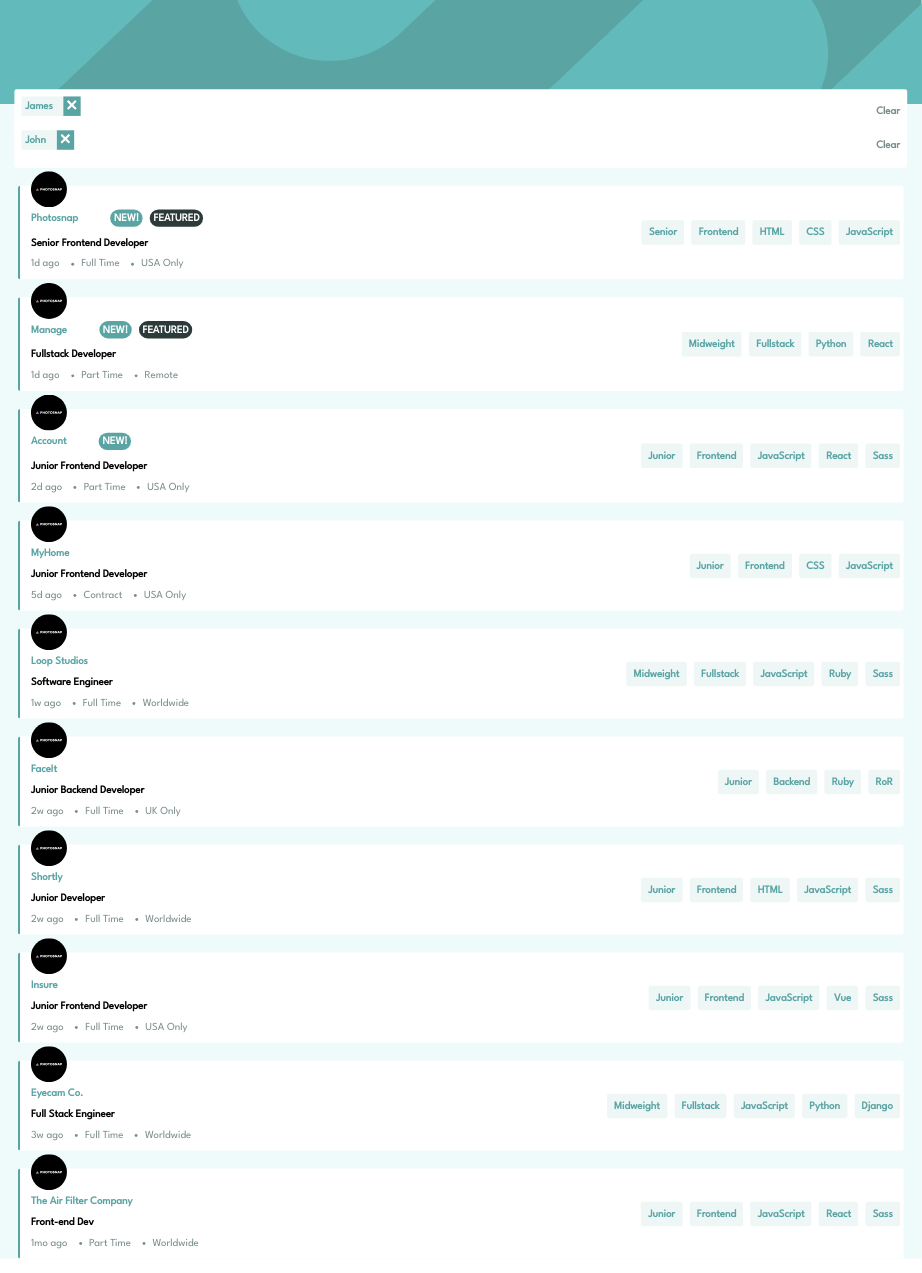
Repository: DevLaukey/job-listing
Page: /
These files come from the project's save history. The page is drawn as it stood at one moment and after the next save; the edit follows.
The browser window is 1280 px wide. The pictures show the whole page, at 72% of full size.
Some web fonts or font styles are not loaded; a fallback is used. The project was rebuilt for these pictures with package versions that can differ from the ones it lists, and the page was loaded fresh each time.

Above is the page before, as saved 2022-06-03 11:59:08.

After the next save:
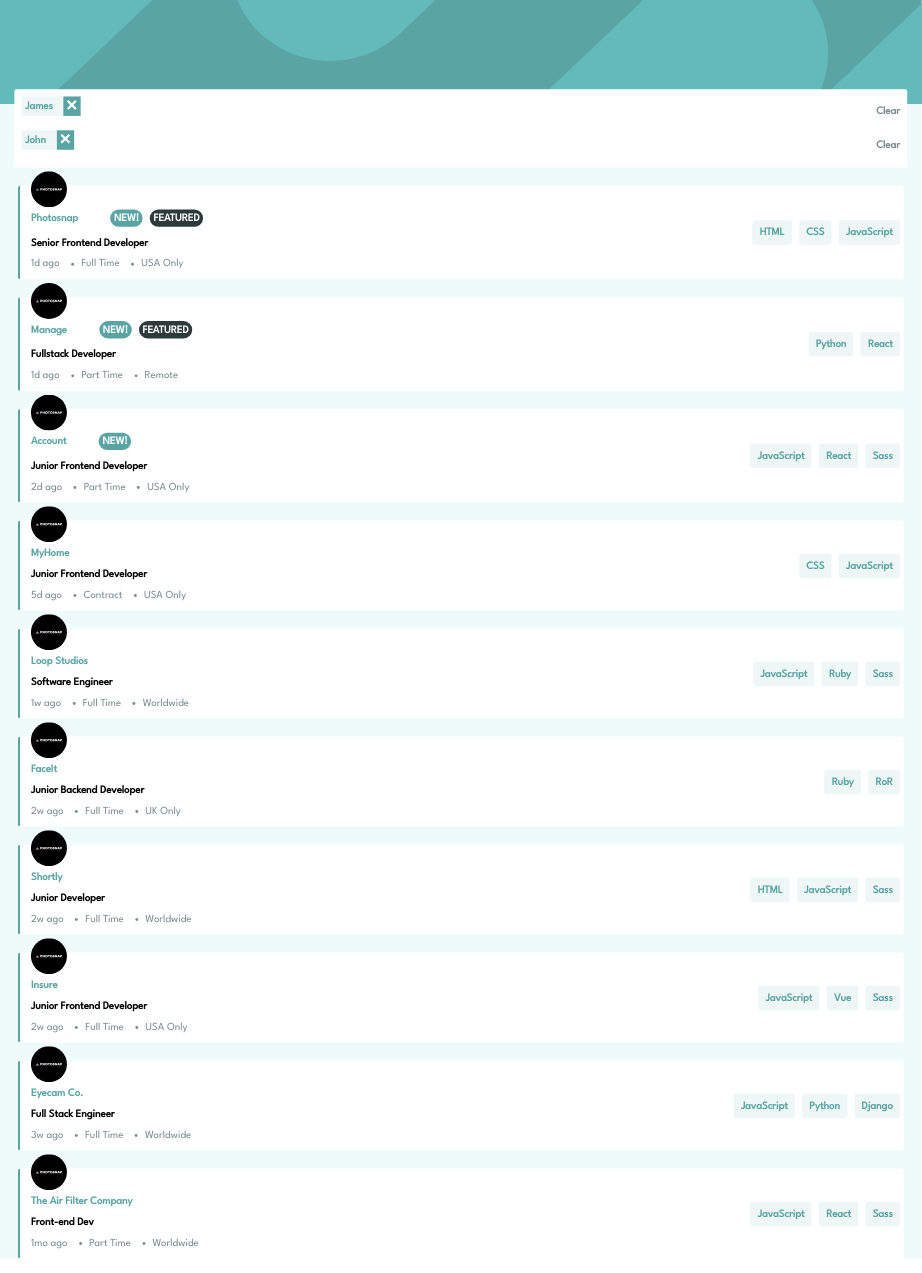
Saved 85 s later.
--- a/src/components/Tablet.js
+++ b/src/components/Tablet.js
@@ -33,12 +33,12 @@ console.log(categories);
           <hr className="line" />
         </div>
         <div className="tags">
-          <p className="category">
+          {/* <p className="category">
             {level}
           </p>
           <p className="category">
             {role}
-          </p>
+          </p> */}
           {/* {languages.map((language) => (setTags(language)
             ))} */}
             {/* <p key={language} className="category" id="category">
